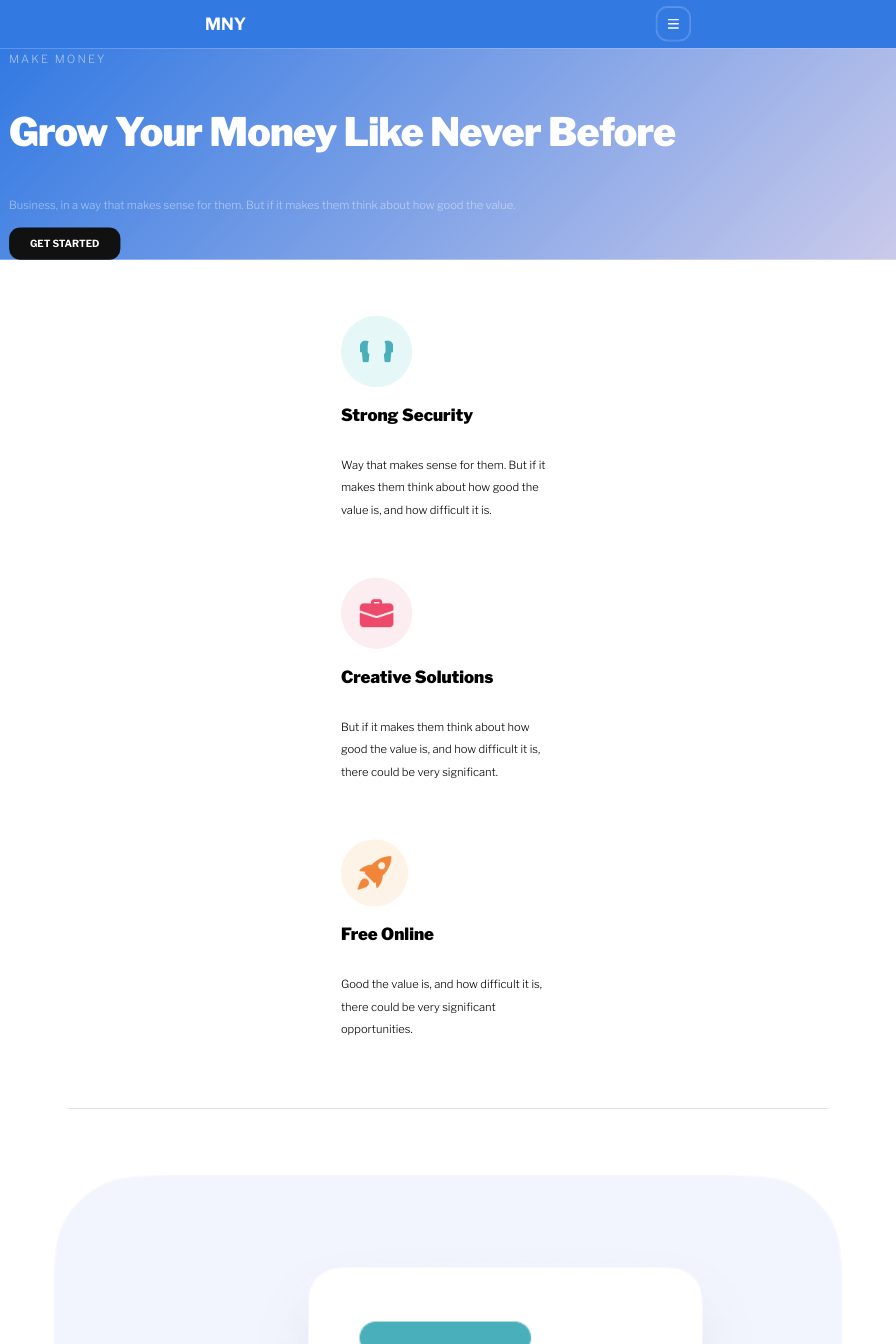
Repository: adryelfelipe/frontend-prova
Page: prova-figma/Prova/index.html
The author's editor kept a copy of each file at every save. The page is drawn from the files as they stood at one save, then again after a run of saves.
The browser window is 1280 px wide. The pictures show the part of the page from y = 0 to 1920 px (the page is 3775 px tall before and 3763 px after), at 70% of full size.

Above is the page before, as saved 2026-06-22 19:10:47.

After the next 3 saves:
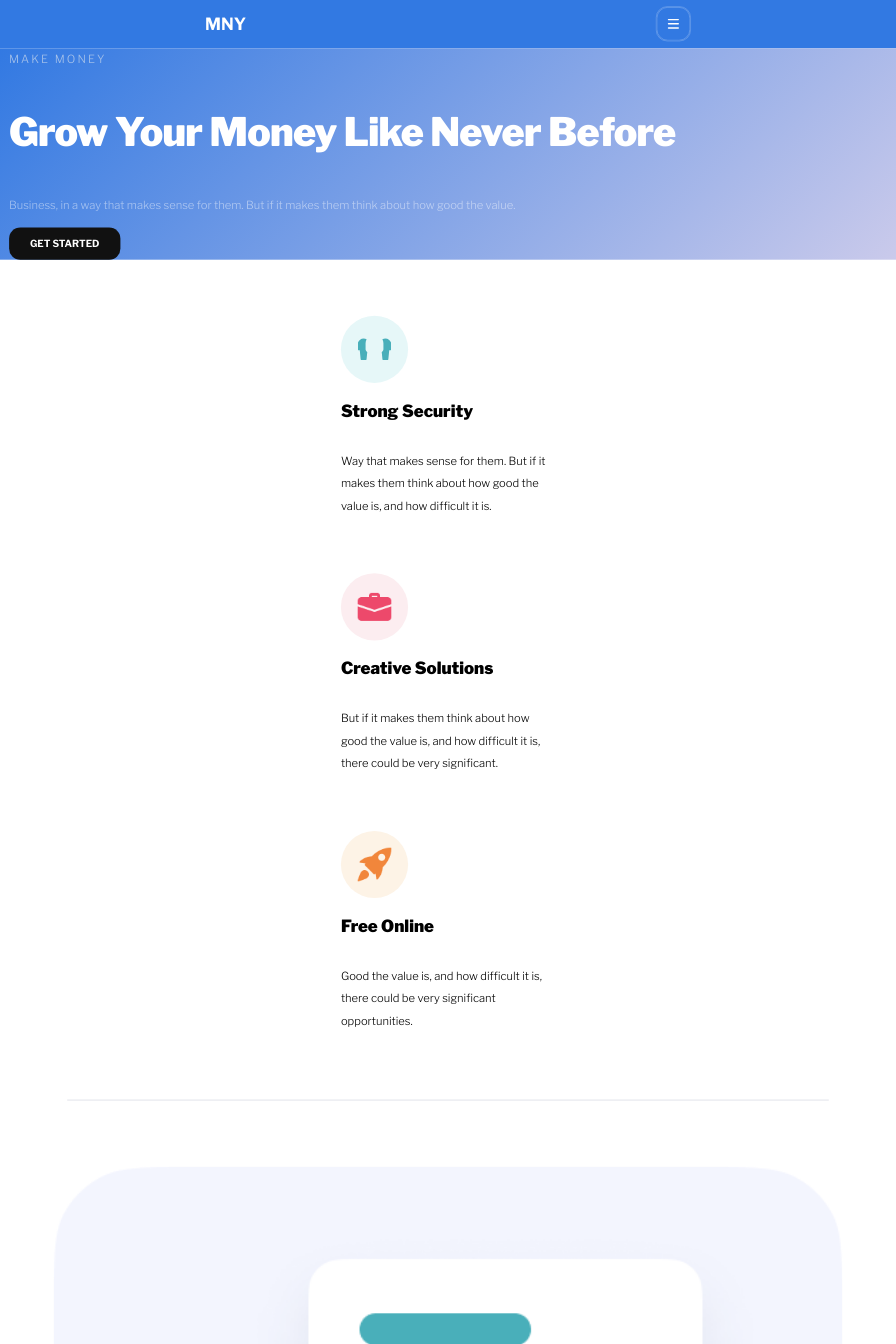
The 3 saves are shown as one change because they came seconds apart.
The last was saved 9 s later.
--- a/prova-figma/Prova/style/style.css
+++ b/prova-figma/Prova/style/style.css
@@ -119,8 +119,8 @@ header h2 {
     justify-content: center;
     align-items: center;
     border-radius: 100px;
-    width: 102px;
-    height: 102px;
+    width: 6rem;
+    height: 6rem;
     background-color: var(--bg-icon-fly)
 }
 
@@ -134,8 +134,8 @@ header h2 {
     justify-content: center;
     align-items: center;
     border-radius: 100px;
-    width: 102px;
-    height: 102px;
+    width: 6rem;
+    height: 6rem;
     background-color: var(--bg-icon-backpack)
 }
 
